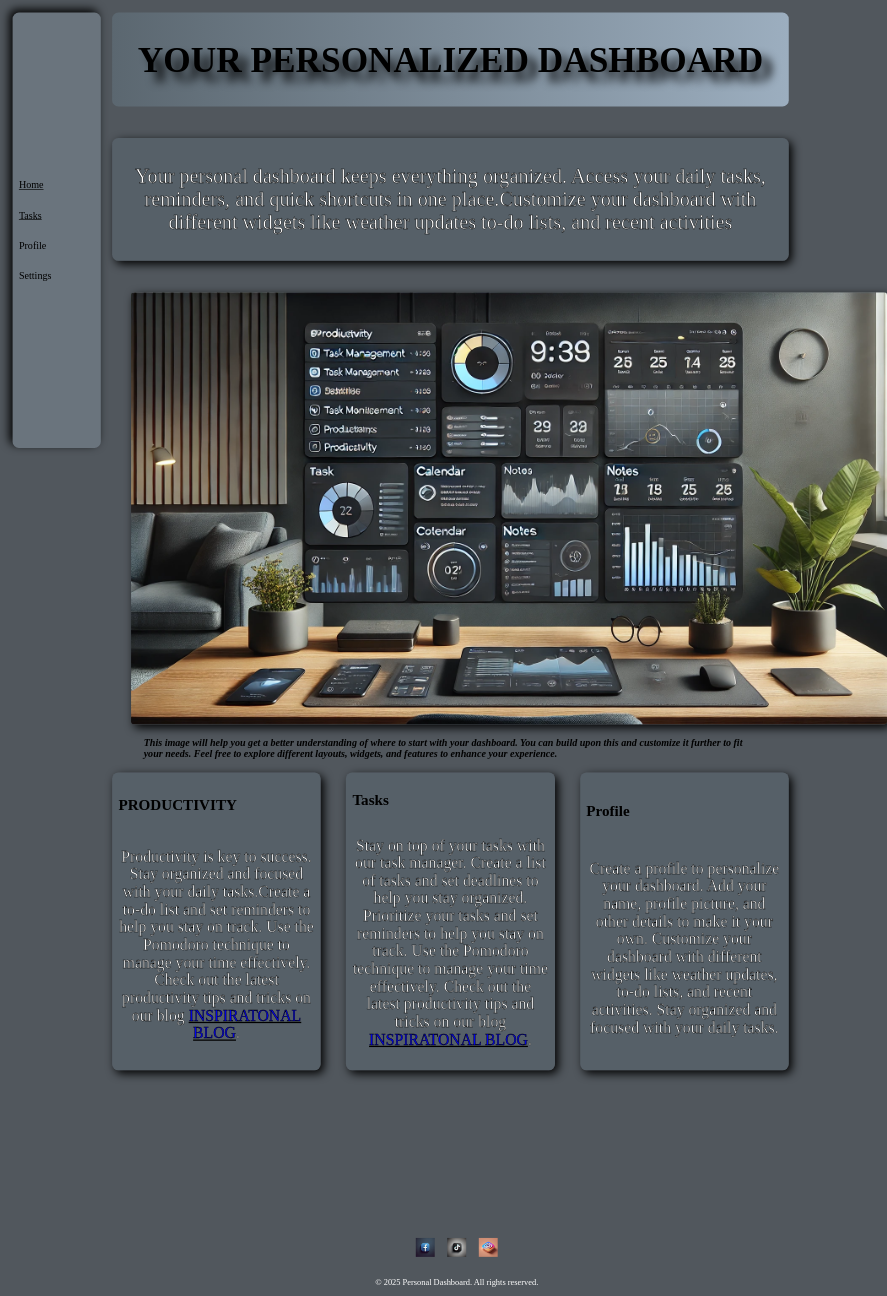
Repository: Parnicoza/testecomplete
Page: testcomplet-14.html
These files come from the project's save history. The page is drawn as it stood at one moment and after the next save; the edit follows.
The browser window is 1280 px wide. The page is 1408 px wide, so the pictures cover 1408 px, including what lies to the right of the window. The pictures show the whole page, at 63% of full size.

Above is the page before, as saved 2025-03-02 14:30:29.

After the next save:
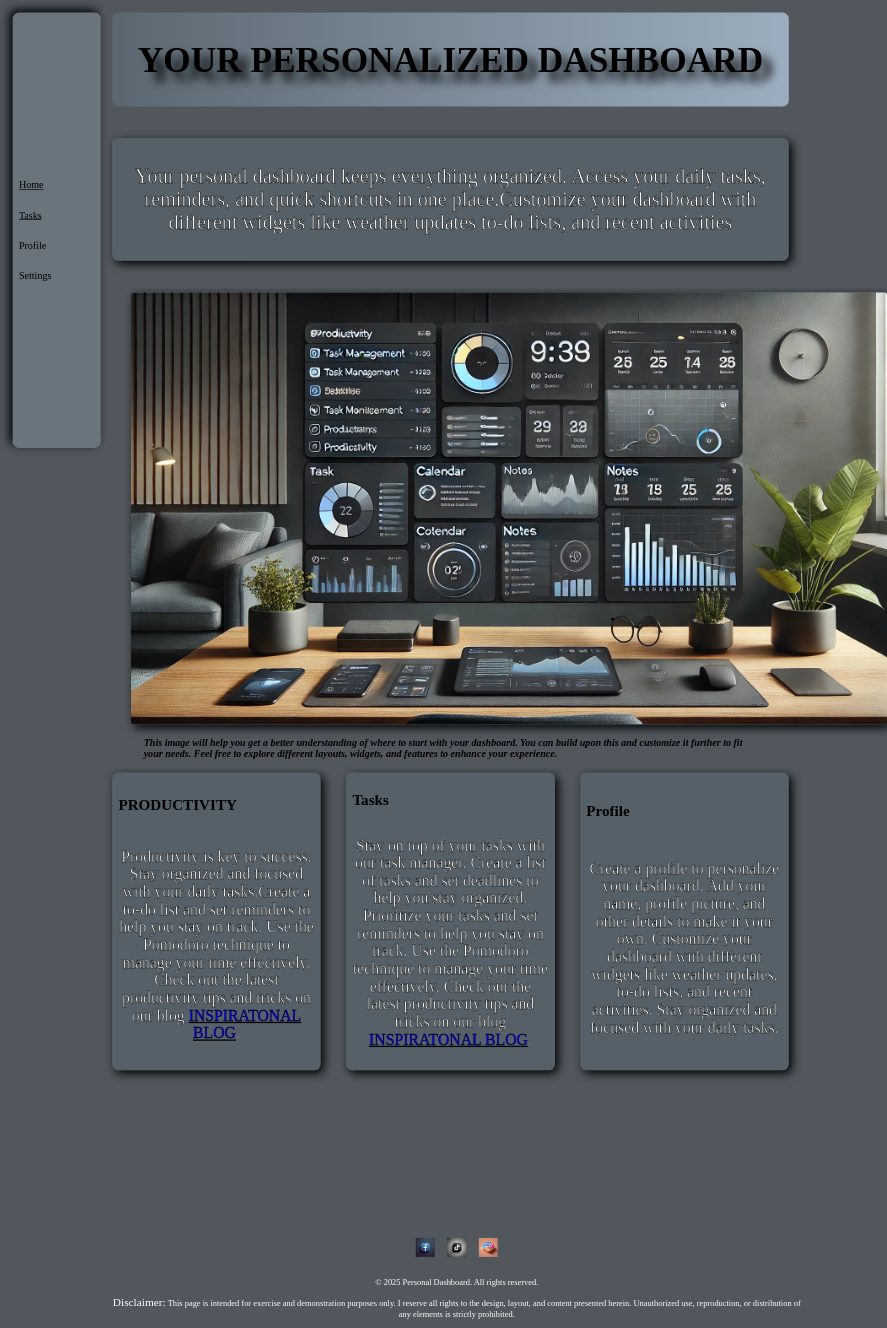
Saved 1 s later.
--- a/testcomplet-14.html
+++ b/testcomplet-14.html
@@ -96,6 +96,7 @@
                 </ul>
             </div>
             <p class="footer-text">© 2025 Personal Dashboard. All rights reserved.</p>
+            <p class="footer-text"><span class="Disclaimer">Disclaimer:</span> This page is intended for exercise and demonstration purposes only. I reserve all rights to the design, layout, and content presented herein. Unauthorized use, reproduction, or distribution of any elements is strictly prohibited.</p>
         </footer>
     </div>
 </body>
